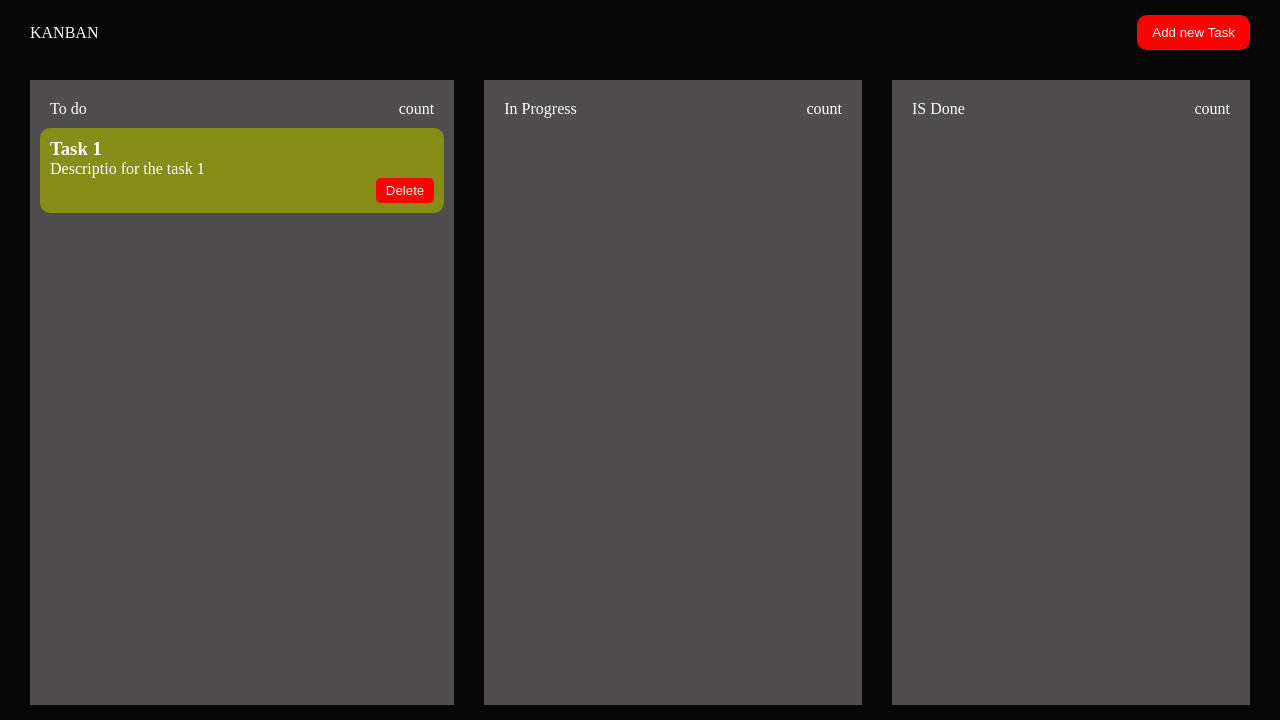
Repository: Sandeepji-5/Kanban-board
Page: index.html
An editor plug-in stored every save of this project. The page is shown before and after the next save, followed by the edit.
The browser window is 1280 px wide. The pictures show the whole page.

Above is the page before, as saved 2025-12-09 14:52:29.

### index.html
<!DOCTYPE html>
<html lang="en">
<head>
    <meta charset="UTF-8">
    <meta name="viewport" content="width=device-width, initial-scale=1.0">
    <title>Document</title>
    <link rel="stylesheet" href="style.css">
</head>
<body>
    <main>
        <nav>
            <div class="left">KANBAN</div>
            <div class="right"><button id="toggle-modal">Add new Task</button></div>
        </nav>
        <section class="board">
            <div   id="todo" class="task-column">
                <div class="heading">
                    <div class="left">To do </div>
                      <div class="right">count</div>
                </div>
                <div draggable="true" class="task">
                    <h3>Task 1</h3>
                    <p>Descriptio for the task 1 </p>
                    <button>Delete</button>
                </div>
            </div>
            <div id="progress" class="task-column">
                <div class="heading">
                    <div class="left">In Progress</div>
                    <div class="right">count</div>
                </div>

            </div>
            <div  id="done"   class="task-column">
                <div class="heading">
                    <div class="left">IS Done </div>
                    <div class="right"> count</div>
                </div>

            </div>
        </section>


    </main>

    <div class="modal add-new-task">
        <div class="bg"></div>
        <div class="center">
        <input type="text" placeholder="Task title"/>
        <textarea placeholder="Task Description"></textarea>
        <button id="add-new-task" class="add-task-btn"> Add Task</button>
        </div>

    </div>



    <script src="kanban.js"></script>
</body>
</html>

### style.css
* {
    margin: 0;
    padding: 0;

    box-sizing: border-box;
}

html,
body {
    width: 100%;
    height: 100%;

}

:root {
    --bg-color: #0000000;
    --bg-button-color: rgb(79, 77, 77);
    --primary-text-color: #f4f4f4;
    --bg-task-color:gray;
    --bg-delete-color:red;



    /* padding 1 rem 2 rem */
    --nav-padding: 15px 30px;
    --section-padding: 15px 30px;
    --padding-s: 5px;
    --padding-m: 10px;
    --padding-l: 15px;
    --padding-xl: 20px;
    --padding-xxl: 30px;


    /* border radius variable  */



    --border-radius-s:5px;
    --border-radius-m:10px;
    --border-radius-l:15px;
    --border-radius-xl:20px;
    --border-radius-xxl:30px;


}

body {
    background-color: rgb(7, 7, 7);
    color: white;
}
main{
    display: flex;
    height: 100%;
    width: 100%;
    flex-direction: column;


}

nav{
    padding: var(--nav-padding);
    display: flex;
    align-items: center;
    justify-content: space-between;

}
nav button{
    background-color: red;
    color: white;
    border: none;
    outline: none;
    padding: var(  --padding-m) var(  --padding-l);
    cursor: pointer;
    border-radius:var(--border-radius-m) ;

}


section{
    padding:var(--section-padding);
    /* height: 100%; */
    display: flex;
    flex-grow: 1;
    justify-content: space-between;

    gap: var(--padding-xxl);

}
section .task-column{
    padding: var(--padding-m);
    background-color: var(--bg-button-color);
    flex-grow: 1  ;
    padding: var(--padding-m)  ;
    display: flex;
    flex-direction: column;
    transition: all 0.7s cubic-bezier(0.19, 1, 0.22, 1);




}
section .task-column.hover-over {
     border: 2px dashed rgb(247, 246, 246);
    transform: scale(1.05);
}
section .task-column .heading{
    display: flex;
    justify-content: space-between ;
    padding: var(--padding-m);
}


section .task-column  .task{

    display: flex;
    flex-direction: column;
    padding: var(--padding-m);
    border-radius: var(--border-radius-m);
    /* background-color: var(--bg-task-color); */
     background-color:rgba(150, 163, 8, 0.763);


}

section .task-column .task button{
    align-self: flex-end;
    cursor: pointer;
    padding: var(--padding-s) var(--padding-m);
    border-radius: var(--border-radius-s);
    border: none;
    outline: none;
    background-color: var(--bg-delete-color);
    color: var(--primary-text-color)  ;
}

.modal{
    display: none;
    position: fixed;
    top: 0;
    flex-direction: column;
    align-items: center;
    justify-content: center;
    width: 100%;
    height: 100%;
    gap:var(--space-lg);
    backdrop-filter: blur(4px);
    background-color: blueviolet;
}
.modal.active{
    display: flex;
}

### kanban.js
const todo = document.querySelector('#todo');
const progress = document.querySelector('#progress')
const done = document.querySelector('#done');
const tasks = document.querySelectorAll('.task');
let draggedElement = null;

tasks.forEach(task => {
    task.addEventListener("drag", () => {

        draggedElement = task;
    })
})

// progress.addEventListener('dragenter',(e)=>{
//     progress.classList.add('hover-over');
// })


// progress.addEventListener('dragleave', (e)=>{
//     progress.classList.remove('hover-over');
// })


function addDragEventsOnColumn(column) {

    column.addEventListener('dragenter', (e) => {
        e.preventDefault();
        column.classList.add('hover-over');
    });

    column.addEventListener('dragleave', (e) => {
        e.preventDefault();
        column.classList.remove('hover-over');
    })

    column.addEventListener("dragover", (e) => {
        e.preventDefault();
    })

    column.addEventListener('drop', (e) => {

        column.appendChild(draggedElement)
        console.log("draggedElement", draggedElement, column);
        column.classList.remove('hover-over')
         e.preventDefault();
    })

}

addDragEventsOnColumn(todo);
addDragEventsOnColumn(progress)
addDragEventsOnColumn(done)






const toggleModal = document.querySelector('#toggle-modal');
const modal = document.querySelector('.modal')
const addTaskbtn = document.querySelector('.add-task-btn')



toggleModal.addEventListener('click',()=>{
modal.classList.add('active');
})

addTaskbtn.addEventListener('click', ()=>{
    modal.classList.remove('active');
})

After the next save:
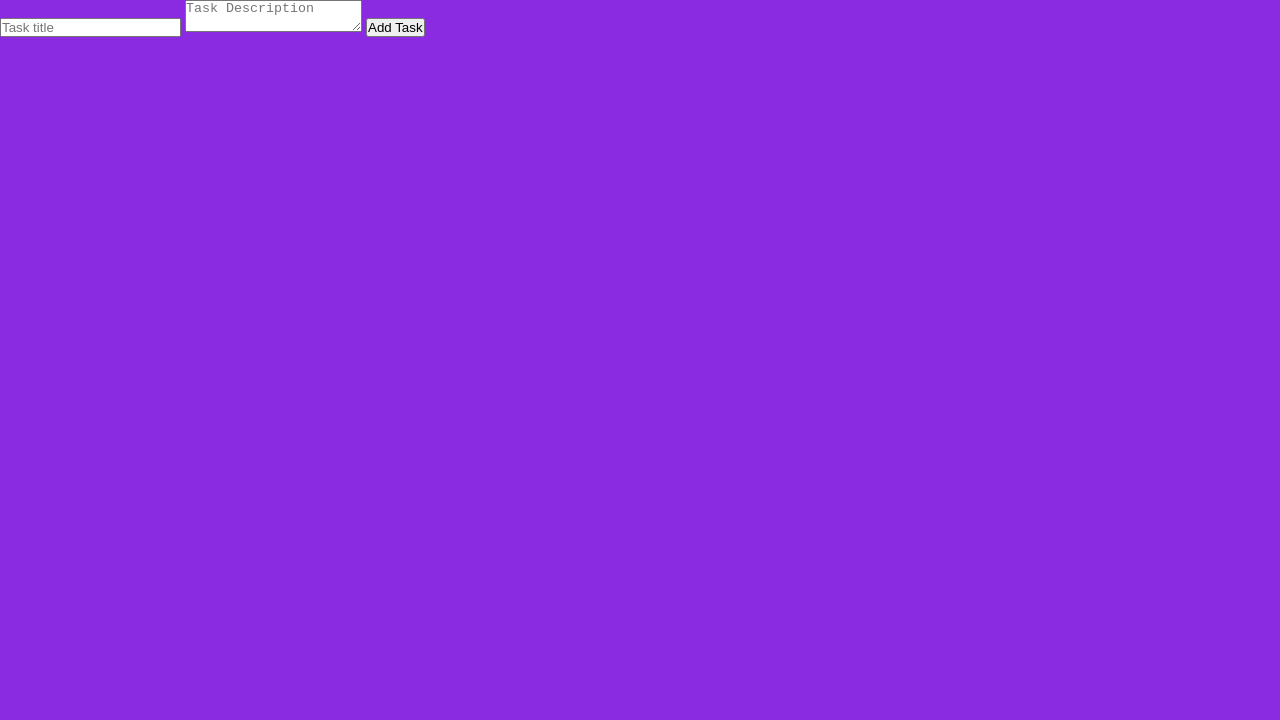
Saved 51 s later.
--- a/style.css
+++ b/style.css
@@ -134,7 +134,7 @@
 }
 
 .modal{
-    display: none;
+
     position: fixed;
     top: 0;
     flex-direction: column;

After the 2 saves that followed:
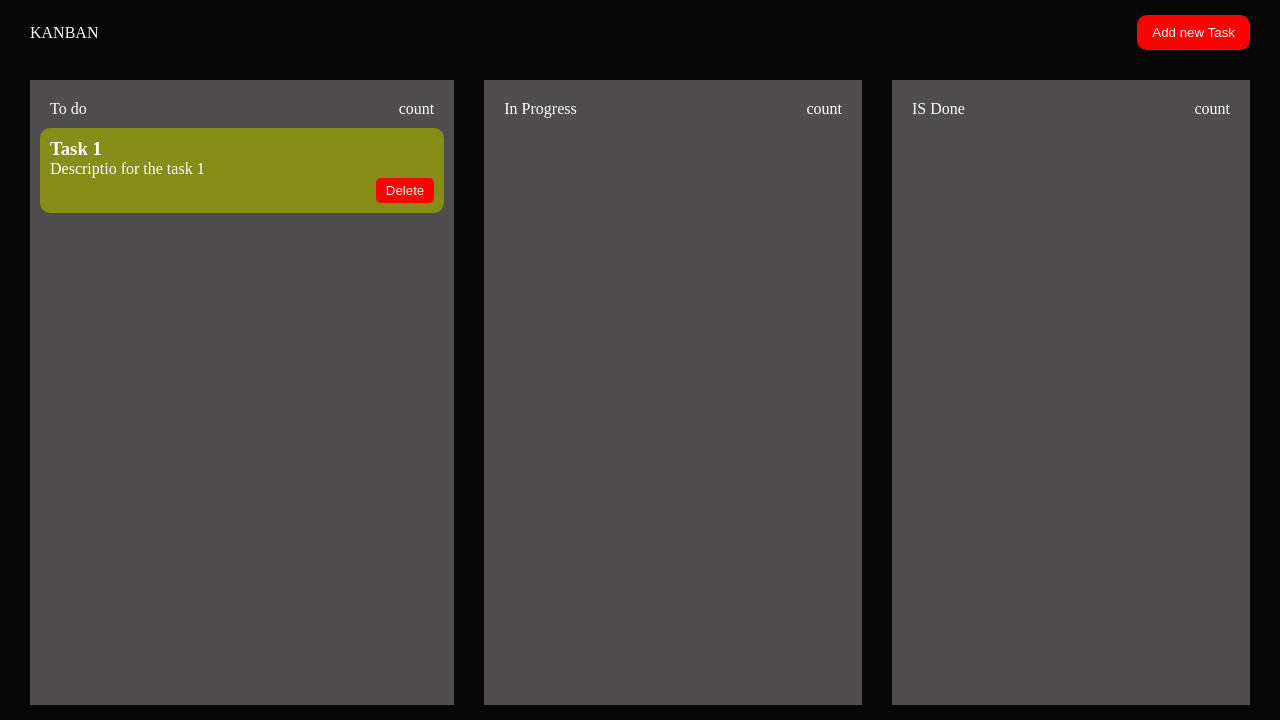
The 2 saves are shown as one change because 1 left the picture as it was.
The last was saved 28 s later.
--- a/style.css
+++ b/style.css
@@ -137,6 +137,10 @@
 
     position: fixed;
     top: 0;
+    left: 0;
+    height: 100vh;
+    width: 100vw;
+    display: none;
     flex-direction: column;
     align-items: center;
     justify-content: center;
